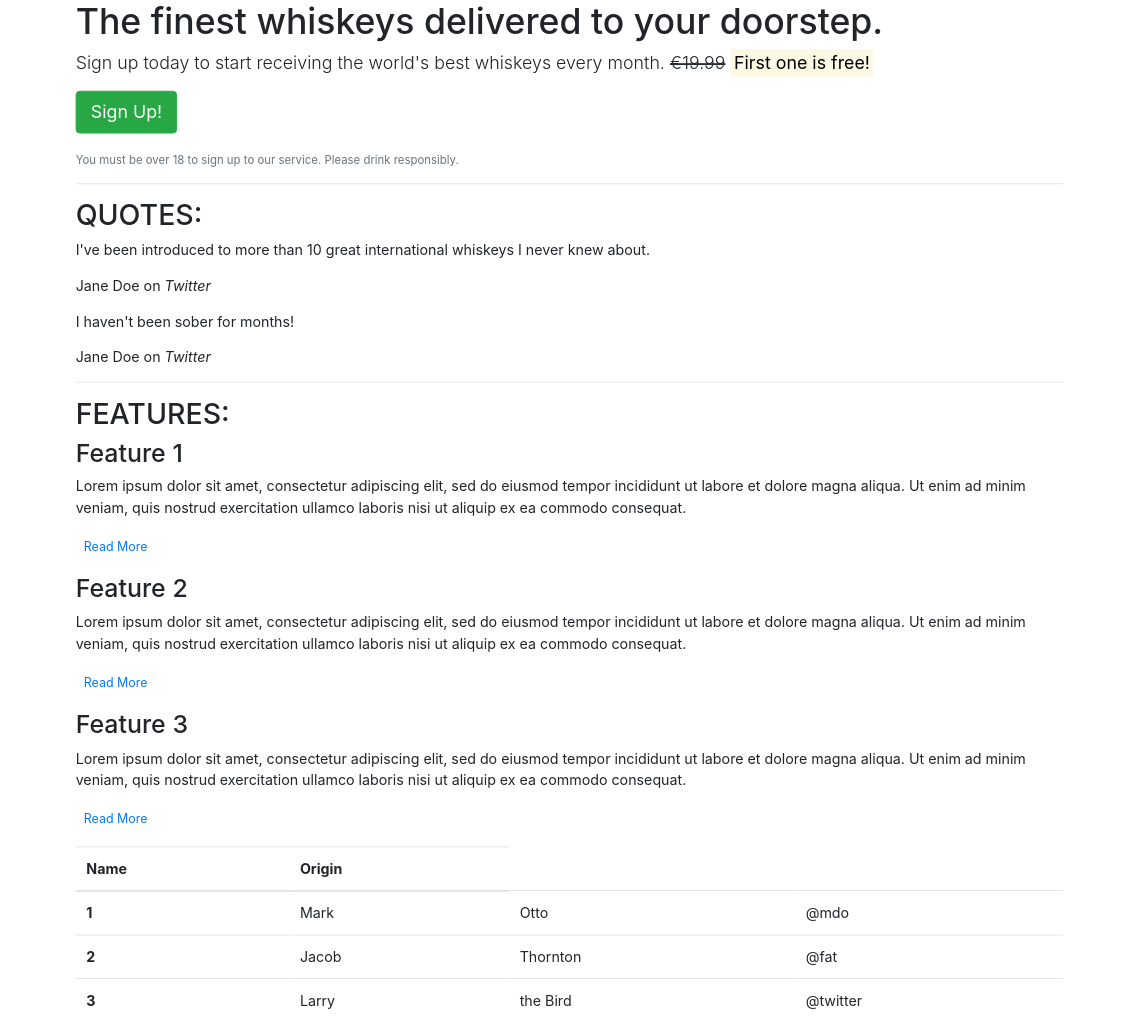
Repository: ElaineArchbold/bootstrap_landing_page1
Page: index.html
The author's editor kept a record of every edit. The page is drawn from the files as they stood at one moment, then again after the next edit.
The browser window is 1280 px wide. The pictures show the whole page, at 89% of full size.

Above is the page before.

After the next edit:
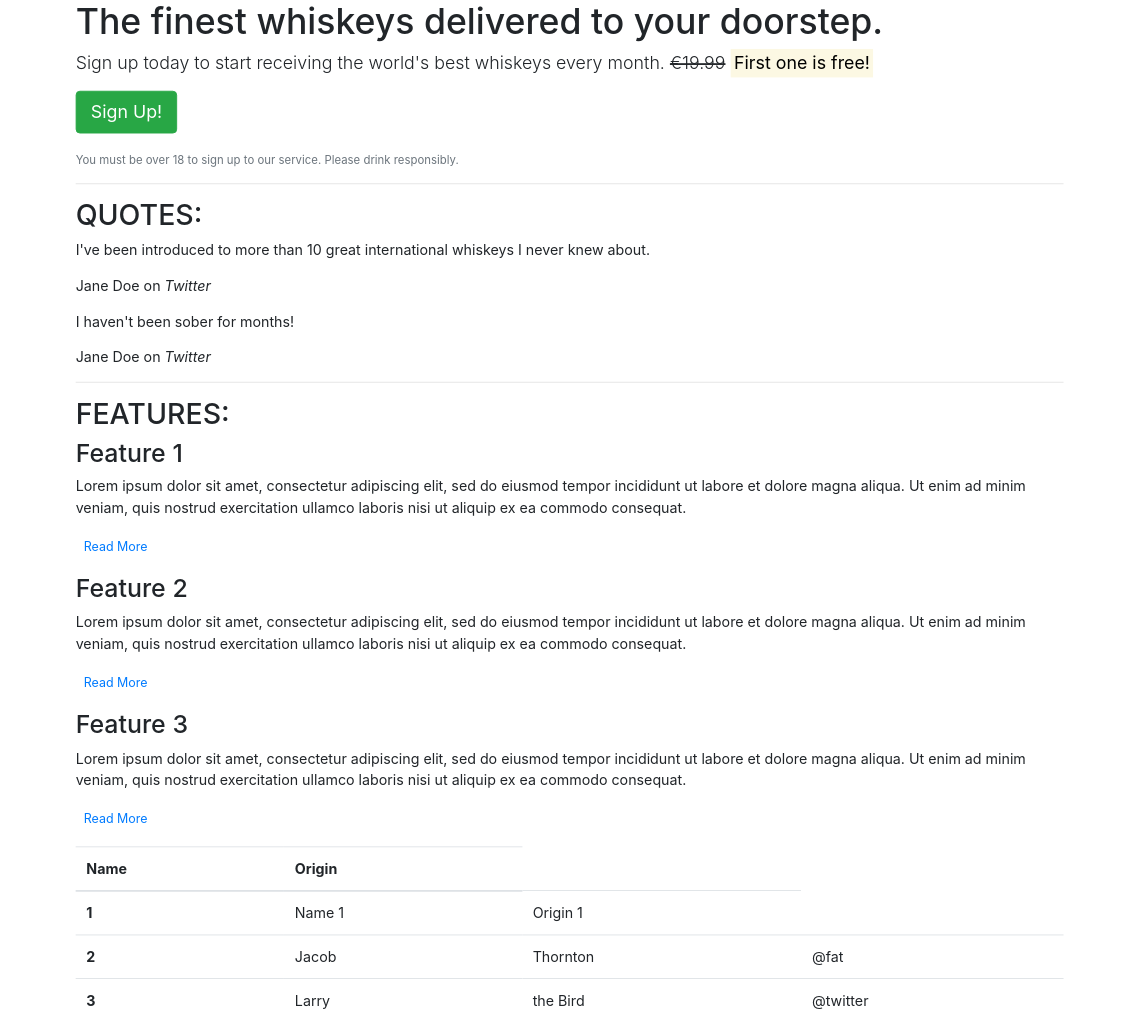
The edit:
--- a/index.html
+++ b/index.html
@@ -67,9 +67,8 @@
   <tbody>
     <tr>
       <th scope="row">1</th>
-      <td>Mark</td>
-      <td>Otto</td>
-      <td>@mdo</td>
+      <td>Name 1</td>
+      <td>Origin 1</td>
     </tr>
     <tr>
       <th scope="row">2</th>
